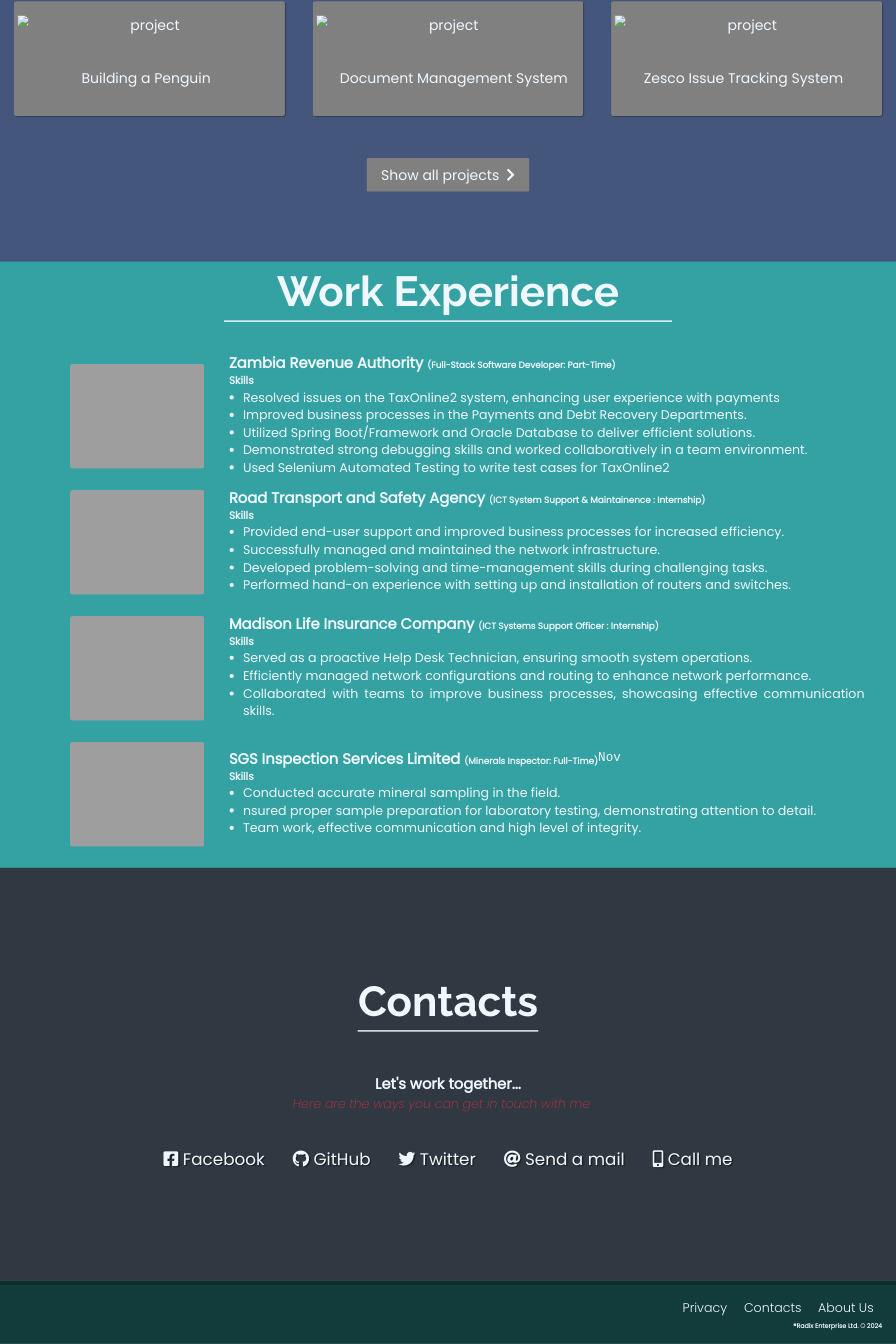
Repository: Lungdjos/personal_portifolio
Page: html/index.html
An editor plug-in stored every save of this project. The page is shown before and after a run of saves, followed by the edit.
The browser window is 1280 px wide. The pictures show the part of the page from y = 1224 to 3144 px (the page is 3144 px tall), at 70% of full size.
Pictures or frames that could not be fetched are drawn as grey boxes. Some web libraries are served in a nearby version.

Above is the page before, as saved 2024-02-04 02:37:34.

### html/index.html
<!DOCTYPE html>
<html lang="en">

<head>
    <meta charset="UTF-8">
    <meta name="viewport" content="width=device-width, initial-scale=1.0">
    <title>Personal Portifolio</title>
    <link rel="stylesheet" href="/css/styles.css">
    <link rel="stylesheet" href="https://use.fontawesome.com/releases/v5.8.2/css/all.css" integrity="sha384-oS3vJWv+0UjzBfQzYUhtDYW+Pj2yciDJxpsK1OYPAYjqT085Qq/1cq5FLXAZQ7Ay" crossorigin="anonymous">
    <link href="https://fonts.googleapis.com/css?family=Poppins:200i,300,400&amp;display=swap" rel="stylesheet">
    <link href="https://fonts.googleapis.com/css?family=Raleway:700&amp;display=swap" rel="stylesheet">
    <script src="edge-extension://ajdpfmkffanmkhejnopjppegokpogffp/assets/prompt.js"></script>
</head>

<body>
    <header class="header">
        <nav id="navbar">
            <ul class="nav-list">
                <li><a href="#welcome-section" class="nav-link"><i class=""></i>Home</a></li>
                <li>
                    <a href="#project-section" class="nav-link"> <i class=""></i>Projects</a>
                </li>
                <li>
                    <a href="#work-experience-section" class="nav-link"> <i class=""></i>Experience</a>
                </li>
                <li><a href="#contact-section" class="nav-link"><i class=""></i>Contacts</a></li>
            </ul>
        </nav>
    </header>
    <main class="m-3">
        <div id="spacer"></div>
        <section class="home" id="welcome-section">
            <div id="welcome-section">
                <h1 id="title">Hi there, I am Lungu</h1>
                <p id="sub-title"><span>a</span> <span>full-stack</span> <span>software</span> <span>developer</span></p>
            </div>
        </section>

        <div id="spacer"></div>
        <section class="project-section" id="project-section">
            <h1 id="project-heading" class="heading">Here are some Projects I have done</h1>

            <div class="project-grid">
                <a href="#" target="_blank" class="project project-title">
                    <img class="project-image" src="" alt="project">
                    <p class="project-title">
                        <span class="code">&lt;</span>Technical Document Page
                        <span class="code">/&gt;</span>
                    </p>
                </a>

                <a href="#" target="_blank" class="project project-title">
                    <img class="project-image" src="" alt="project">
                    <p class="project-title">
                        <span class="code">&lt;</span> Piano
                        <span class="code">/&gt;</span>
                    </p>
                </a>

                <a href="#" target="_blank" class="project project-title">
                    <img class="project-image" src="" alt="project">
                    <p class="project-title">
                        <span class="code">&lt;</span> Tribute Page
                        <span class="code">/&gt;</span>
                    </p>
                </a>

                <a href="#" target="_blank" class="project project-title">
                    <img class="project-image" src="" alt="project">
                    <p class="project-title">
                        <span class="code">&lt;</span> Building a Penguin
                        <span class="code">/&gt;</span>
                    </p>
                </a>

                <a href="#" target="_blank" class="project project-title">
                    <img class="project-image" src="" alt="project">
                    <p class="project-title">
                        <span class="code">&lt;</span> Document Management System
                        <span class="code">/&gt;</span>
                    </p>
                </a>

                <a href="#" target="_blank" class="project project-title">
                    <img class="project-image" src="" alt="project">
                    <p class="project-title">
                        <span class="code">&lt;</span> Zesco Issue Tracking System
                        <span class="code">/&gt;</span>
                    </p>
                </a>
            </div>

            <a href="#" class="btn btn-show-all" target="_blank">Show all projects<i class="fas fa-chevron-right"></i></a>
        </section>
        <div id="spacer"></div>
        <section class="work-exp-section" id="work-experience-section">
            <h1 class="heading work-exp-heading">Work Experience</h1>
            <div id="grid">
                <div id="icon"><img src="https://th.bing.com/th?id=OIP.rCZtK_dDgujHTn0u4EiHUwHaEX&w=325&h=191&c=8&rs=1&qlt=90&o=6&pid=3.1&rm=2" alt="icon"></div>
                <div class="experience">
                    <h3>Zambia Revenue Authority <small>(Full-Stack Software Developer: Part-Time)</small></h3>
                    <h5 class="skills">Skills</h5>
                    <p>
                        <ul>
                            <li>Resolved issues on the TaxOnline2 system, enhancing user experience with payments</li>
                            <li>Improved business processes in the Payments and Debt Recovery Departments.</li>
                            <li>Utilized Spring Boot/Framework and Oracle Database to deliver efficient solutions.</li>
                            <li>Demonstrated strong debugging skills and worked collaboratively in a team environment.</li>
                            <li>Used Selenium Automated Testing to write test cases for TaxOnline2</li>
                        </ul>
                    </p>
                </div>
            </div>

            <div id="grid">
                <div id="icon"><img src="https://th.bing.com/th?id=OIP.iDj6ErR_9QzKQiRz5T8xHQAAAA&w=158&h=159&c=8&rs=1&qlt=90&o=6&pid=3.1&rm=2" alt="icon"></div>
                <div class="experience">
                    <h3>Road Transport and Safety Agency <small>(ICT System Support & Maintainence : Internship)</small></h3>
                    <h5 class="skills">Skills</h5>
                    <p>
                        <ul>
                            <li>Provided end-user support and improved business processes for increased efficiency.</li>
                            <li>Successfully managed and maintained the network infrastructure.</li>
                            <li>Developed problem-solving and time-management skills during challenging tasks.</li>
                            <li>Performed hand-on experience with setting up and installation of routers and switches.</li>
                        </ul>
                    </p>
                </div>
            </div>

            <div id="grid">
                <div id="icon"><img src="https://th.bing.com/th?id=OIP.sgcljO8ZBHyturyXo14g8wAAAA&w=216&h=103&c=8&rs=1&qlt=90&o=6&pid=3.1&rm=2" alt="icon"></div>
                <div class="experience">
                    <h3>Madison Life Insurance Company <small>(ICT Systems Support Officer : Internship)</small></h3>
                    <h5 class="skills">Skills</h5>
                    <p>
                        <ul>
                            <li>Served as a proactive Help Desk Technician, ensuring smooth system operations.</li>
                            <li>Efficiently managed network configurations and routing to enhance network performance.</li>
                            <li>Collaborated with teams to improve business processes, showcasing effective communication skills.</li>
                        </ul>
                    </p>
                </div>
            </div>

            <div id="grid">
                <div id="icon"><img src="https://th.bing.com/th?id=OIP.TdyvCMy5NlyppvpqZwovrAHaE8&w=306&h=204&c=8&rs=1&qlt=90&o=6&pid=3.1&rm=2" alt="icon"></div>
                <div class="experience">
                    <div class="title-exp">
                        <h3>SGS Inspection Services Limited <small>(Minerals Inspector: Full-Time)</small></h3>
                        <code>Nov</code>
                    </div>

                    <h5 class="skills">Skills</h5>
                    <p>
                        <ul>
                            <li>Conducted accurate mineral sampling in the field.</li>
                            <li>nsured proper sample preparation for laboratory testing, demonstrating attention to detail.</li>
                            <li>Team work, effective communication and high level of integrity.</li>
                        </ul>
                    </p>
                </div>
            </div>
        </section>
        <div id="spacer"></div>
        <section class="contact-section" id="contact-section">
            <h1 class="heading contacts-heading">Contacts</h1>
            <div class="contact-section-header">
                <h3>Let's work together...</h3>
                <p>Here are the ways you can get in touch with me <i class="fa-duotone fa-phone"></i></p>
            </div>
            <div id="contact-links">
                <a href="https://facebook.com/freecodecamp" target="_blank" class="btn contact-details"><i class="fab fa-facebook-square"></i> Facebook</a>
                <a id="profile-link" href="https://github.com/freecodecamp" target="_blank" class="btn contact-details"><i class="fab fa-github"></i> GitHub</a>
                <a href="https://twitter.com/freecodecamp" target="_blank" class="btn contact-details"><i class="fab fa-twitter"></i> Twitter</a>
                <a href="mailto:example@example.com" class="btn contact-details"><i class="fas fa-at"></i> Send a mail</a>
                <a href="tel:555-555-5555" class="btn contact-details"><i class="fas fa-mobile-alt"></i> Call me</a>
            </div>
        </section>
    </main>
    <footer>
        <ul>
            <li><a href="">Privacy</a></li>
            <li><a href="">Contacts</a></li>
            <li><a href="">About Us</a></li>
        </ul>
        <span>&REG;Radix Enterprise Ltd. &copy; 2024</span>
    </footer>
</body>

</html>

### css/styles.css
/** STYLING FOR THE PORTIFOLIO **/


/* the root selector */

:root {
    /* colors */
    --col-1: aliceblue;
    --col-2: grey;
    --col-3: orangered;
    --col-4: #be3144;
    --bc-1: #34a2a2;
    --bc-2: #0b2e28;
    --bc-3: #123b3b;
    --bc-4: #45567d;
    --bc-5: #303841;
    /* values */
}


/* general stylings */

html {
    font-size: 62.5%;
    box-sizing: border-box;
    scroll-behavior: smooth;
}

* {
    margin: 0;
    padding: 0;
}


/* box-sizing and font sizing */

*,
*::before,
*::after {
    box-sizing: inherit;
}


/* body styling */

body {
    font-family: 'Poppins', sans-serif;
    font-size: 1.8rem;
    font-weight: 400;
    line-height: 1.4;
    color: var(--col-1);
    background-color: var(--bc-1);
}


/* headings styling */

h1,
h2 {
    font-family: 'Raleway', sans-serif;
    font-weight: 600;
    text-align: center;
}

h1 {
    font-size: 6rem;
}

h2 {
    font-size: 4.2rem;
}


/* List and anchor styling */

ul {
    list-style: none;
}

a {
    color: var(--col-1);
    text-decoration: none;
}

img {
    display: block;
    width: 100%;
}


/** NAVIGATION BAR */


/* nav bar styling */

nav {
    font-weight: 600;
}

.header {
    display: flex;
    justify-content: flex-end;
    position: fixed;
    top: 0;
    left: 0;
    width: 100%;
    box-shadow: 0 2px 0 rgba(0, 0, 0, 0.4);
    z-index: 10;
    background-color: var(--bc-2);
}

nav>ul {
    display: flex;
    margin-right: 2rem;
    text-transform: uppercase;
}

.nav-list a {
    display: block;
    font-size: 2.2rem;
    padding: 2rem;
}

.nav-list a:hover {
    background: var(--bc-4);
}

.nav-list a:visited {
    border-bottom: .2rem solid #ff6347;
}


/* body styling */

#spacer {
    max-width: 1000px;
    width: 100%;
    margin: 0 auto;
}

main li {
    list-style-type: disc;
}


/** HOME PAGE */


/* Styling or the Home Page */

.home {
    width: 100%;
    height: 100vh;
    display: flex;
    flex-direction: column;
    justify-content: center;
    align-items: center;
    background: inherit;
    background-image: linear-gradient(62deg, #3a3d40 0%, #181719 100%);
}

#welcome-section>p {
    font-size: 3rem;
    font-weight: 200;
    font-style: italic;
    color: #d0a;
}

#title {
    transform-origin: center;
    animation: rotateAndChangeColor 14s infinite ease-in-out;
}

#sub-title {
    text-indent: 10px;
}

#sub-title span {
    display: inline-block;
    animation: fallAnimation 4s infinite ease-in-out forwards;
}


/** PROJECTS */


/* styling for projects */

.project-section {
    text-align: center;
    padding: 10rem 2rem;
    background: var(--bc-4);
}

.heading {
    max-width: 640px;
    margin: 0 auto 6rem auto;
    border-bottom: .2rem solid var(--col-1);
}


/* grids */

.project-grid {
    display: grid;
    grid-template-columns: repeat(auto-fit, minmax(360px, 1fr));
    grid-gap: 4rem;
    width: 100%;
    max-width: 1280px;
    margin: 0 auto;
    margin-bottom: 6rem;
}


/* individual projects */

.project {
    background: var(--col-2);
    box-shadow: 1px 1px 2px rgba(0, 0, 0, 0.4);
    border-radius: 3px;
}

.code {
    color: var(--col-2);
    transition: color 0.3s ease-out;
}

.project:hover .code {
    color: var(--col-3);
}

.project-image {
    height: calc(100% - 6.8rem);
    width: 100%;
    object-fit: cover;
}

.project-title {
    font-size: 2rem;
    padding: 2rem 0.5rem;
}

.btn {
    display: inline-block;
    padding: 1rem 2rem;
    border-radius: 2px;
}

.btn-show-all {
    font-size: 2rem;
    background: var(--col-2);
    transition: background 0.3s ease-out;
}

.btn-show-all:hover {
    background: var(--col-3);
}

.btn-show-all:hover>i {
    transform: translateX(2px);
}

.btn-show-all>i {
    margin-left: 10px;
    transform: translateX(0);
    transition: transform 0.3s ease-out;
}


/** WORK EXPERIENCE */

#work-experience-section {
    justify-content: center;
}

.work-exp-section small {
    font-size: 60%;
}

#work-experience-section #icon {
    display: flex;
    flex-direction: column;
    justify-content: center;
    align-items: center;
}

#work-experience-section img {
    border-radius: 3%;
    height: 150px;
    width: 15vw;
    margin-right: 2rem;
}

#work-experience-section .experience {
    display: flex;
    flex-direction: column;
    justify-content: center;
    height: 125px;
    width: 80vw;
    padding: 5px;
    margin: 1rem;
}

#grid {
    display: flex;
    margin: 3rem;
    margin-left: 10rem;
}

.experience {
    text-align: justify;
}

.experience ul {
    padding-left: 2rem;
}

.skills {
    color: var(--col-1);
}

.title-exp {
    display: flex;
    flex
}


/** CONTACTS */

#contact-section {
    display: flex;
    flex-direction: column;
    justify-content: center;
    align-items: center;
    text-align: center;
    padding: 0 3rem;
    width: 100%;
    height: 82vh;
    background: var(--bc-5);
}

.contact-section-header>h2 {
    font-size: 6rem;
}

.contact-section-header>p {
    font-style: italic;
    color: var(--col-4);
}

#contact-links {
    display: flex;
    justify-content: center;
    width: 100%;
    max-width: 980px;
    margin-top: 4rem;
    flex-wrap: wrap;
}

.contact-details {
    font-size: 2.4rem;
    text-shadow: 2px 2px 1px #1f1f1f;
    transition: transform 0.3s ease-out;
}

.contact-details:hover {
    transform: translateY(10px);
    color: var(--col-4);
}


/** FOOTER */


/* footer styling */

footer {
    font-weight: 300;
    padding: 2rem;
    background-color: var(--bc-3);
    border-top: 6px solid var(--bc-2);
}

footer>ul {
    display: flex;
    justify-content: flex-end;
}

footer>ul>li {
    padding: 0 12px;
}

footer>span {
    display: flex;
    justify-content: flex-end;
    margin-top: 6px;
    font-size: .9rem;
    font-weight: bold;
}


/** ANIMATIONS AND EFFECTS */


/* Welcome Page Animations */

@keyframes rotateAndChangeColor {
    0% {
        transform: rotateY(0deg);
        color: #333;
    }
    30% {
        transform: rotateY(360deg);
        color: #2e604a;
    }
    60% {
        transform: rotate(0deg);
        color: #45567d;
    }
    90% {
        transform: rotate(360deg);
        color: #ff6347;
    }
}

@keyframes fallAnimation {
    0% {
        transform: translateY(-60px);
        opacity: 0;
    }
    50% {
        transform: translateY(-60px);
        opacity: 0.4;
    }
    100% {
        transform: translateY(0);
        opacity: 1;
    }
}


/** STYLING FOR SMALL DEVICES */


/* 1200px / 16px = 75em */

@media (max-width: 75em) {
    html {
        font-size: 60%;
    }
}


/* 980px / 16px = 61.25em */

@media (max-width: 61.25em) {
    html {
        font-size: 58%;
    }
}


/* 460px / 16px = 28.75em */

@media (max-width: 28.75em) {
    html {
        font-size: 55%;
    }
}


/** NAV-BAR */


/* nav bar media queries */

@media (max-width: 28.75em) {
    #navbar {
        justify-content: center;
    }
    .nav-list {
        margin: 0 1rem;
    }
}


/** PROJECTS */


/* projects media query */

@media (max-width: 28.75em) {
    #project-heading {
        font-size: 4rem;
    }
}

@media (max-width: 30.625em) {
    .project-section {
        padding: 6rem 1rem;
    }
    .project-grid {
        grid-template-columns: 1fr;
    }
}


/** WORK EXPERIENCE */

@media (max-width: 550px) {
    #work-experience-section #icon {
        display: none;
    }
}

@media (max-width: 550px) {
    #work-experience-section .experience {
        width: 100%;
        text-align: center;
        padding: 0;
        height: 150px;
    }
}

@media (max-width: 650px) {
    #work-experience-section {
        margin-top: 0;
    }
}


/** CONTACTS */

@media (max-width: 28.75em) {
    .contact-section-header>h2 {
        font-size: 4rem;
    }
}


/** FOOTER */


/* footer */

@media (max-width: 28.75em) {
    footer {
        flex-direction: column;
        text-align: center;
    }
}

After the next 2 saves:
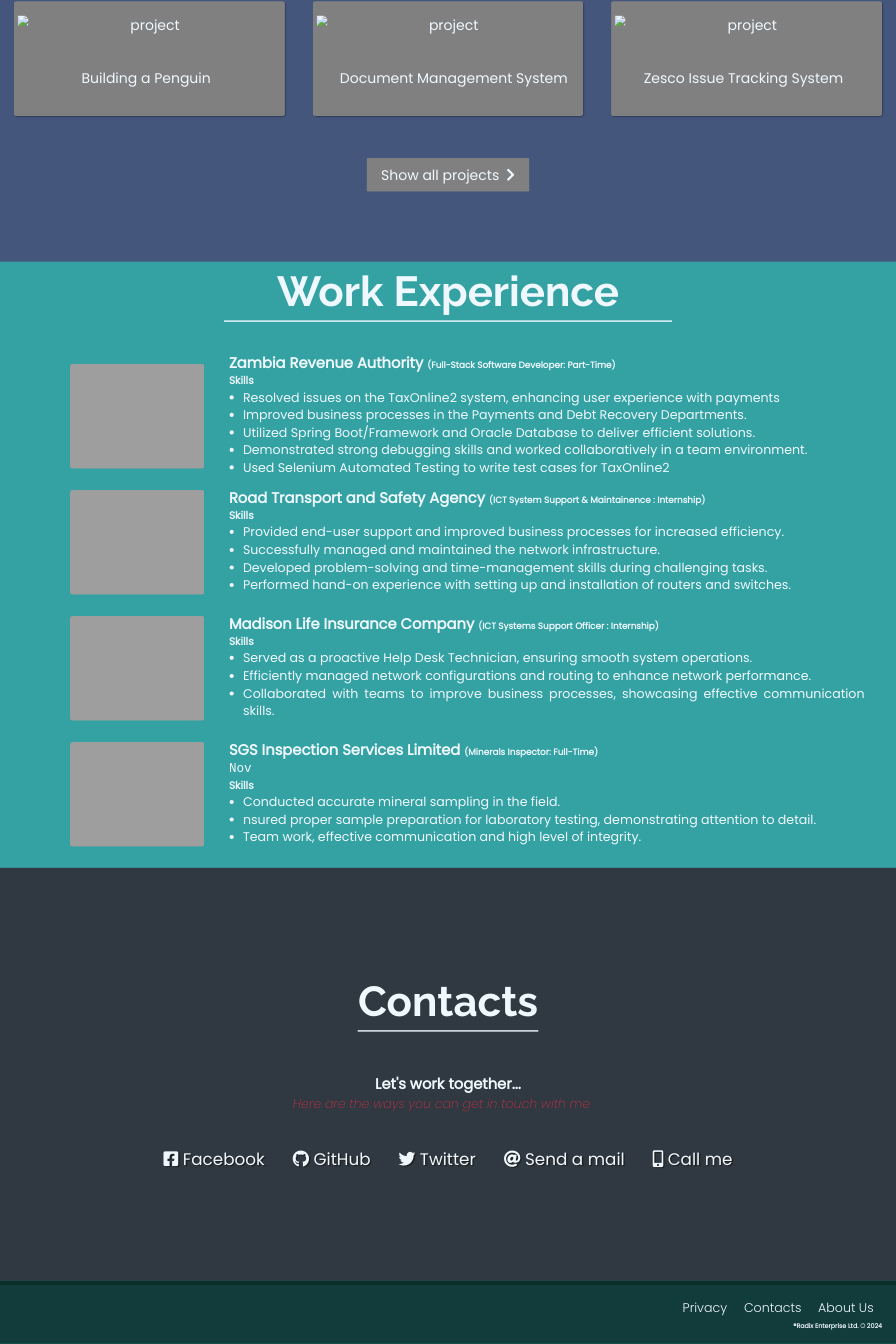
The 2 saves are shown as one change because they came seconds apart.
The last was saved 6 s later.
--- a/css/styles.css
+++ b/css/styles.css
@@ -321,7 +321,7 @@ main li {
 
 .title-exp {
     display: flex;
-    flex
+    flex-direction: column;
 }
 
 
